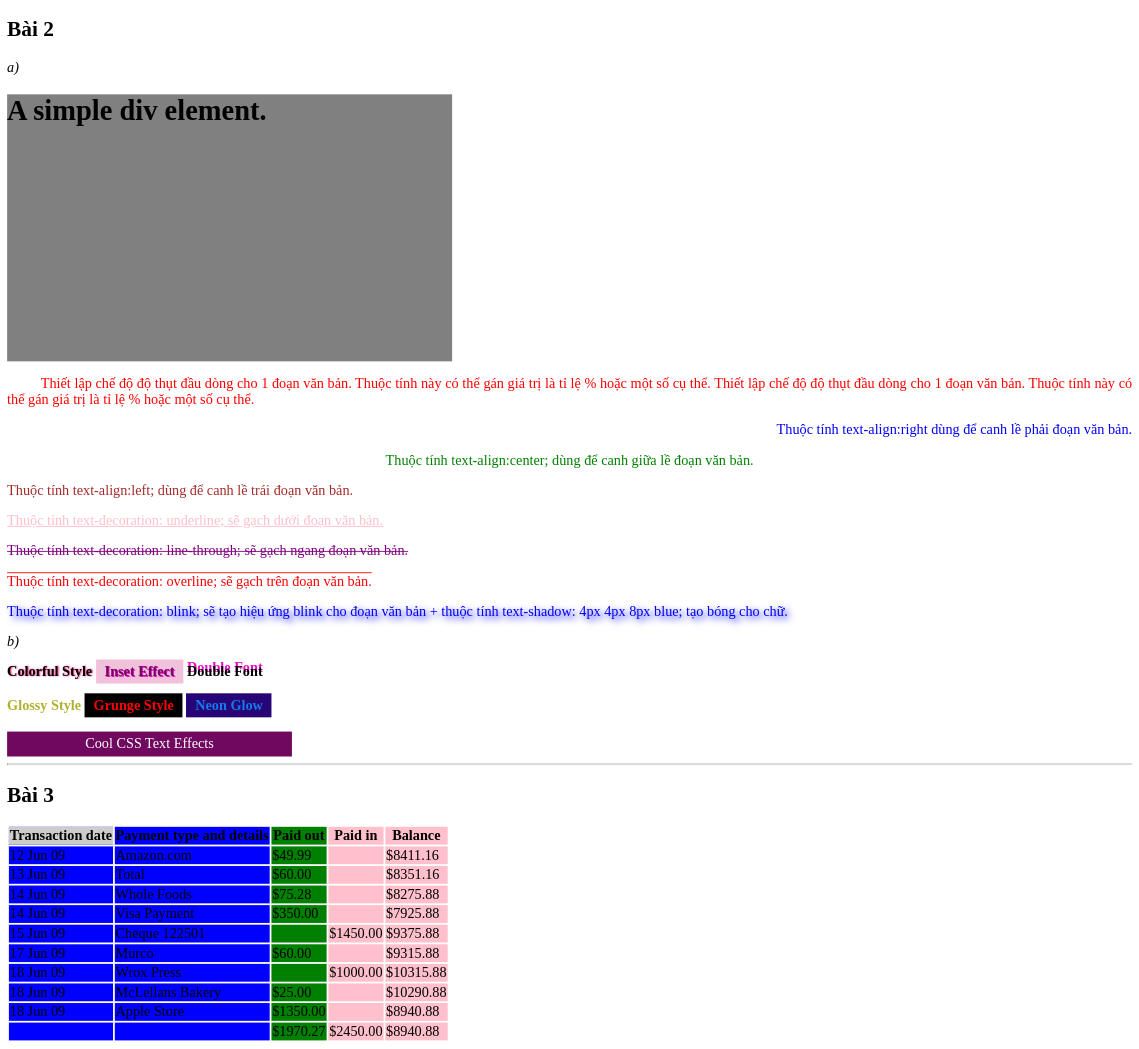
Repository: hoangnguyen1903/STT_21084321_NguyenHuyHoang_DHKHMT17B
Page: html/index.html
The author's editor kept a copy of each file at every save. The page is drawn from the files as they stood at one save, then again after the next save.
The browser window is 1280 px wide. The pictures show the whole page, at 89% of full size.

Above is the page before, as saved 2023-03-02 14:08:57.

After the next save:
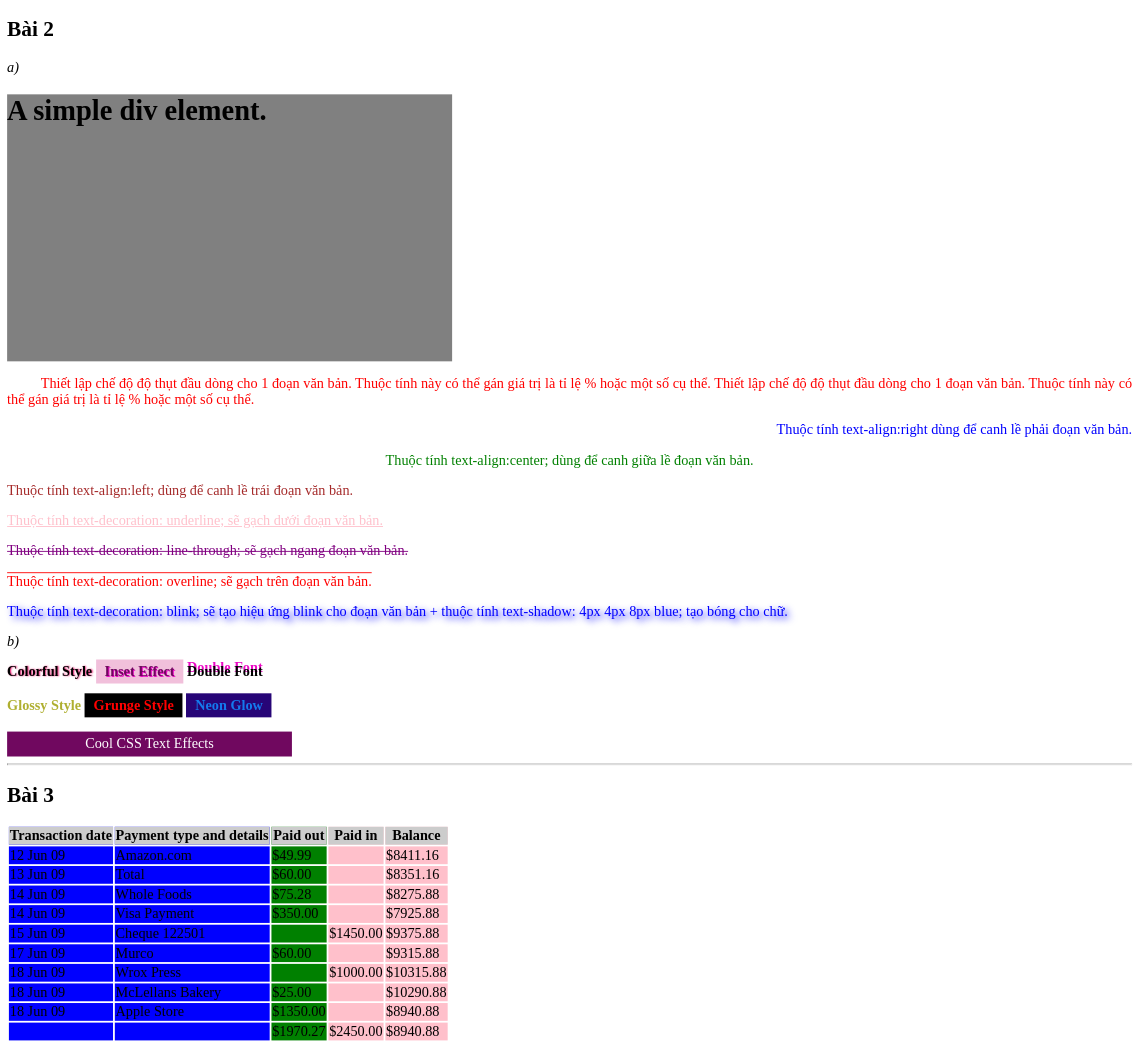
Saved 17 s later.
--- a/html/index.html
+++ b/html/index.html
@@ -124,8 +124,8 @@
         <col span="2" style="background-color: pink" />
         <col span="3" style="background-color: pink" />
       </colgroup>
-      <tr>
-        <th colspan="6" style="background-color: #ccc">Transaction date</th>
+      <tr style="background-color: #ccc">
+        <th colspan="6">Transaction date</th>
         <th colspan="6">Payment type and details</th>
         <th colspan="2">Paid out</th>
         <th colspan="2">Paid in</th>
